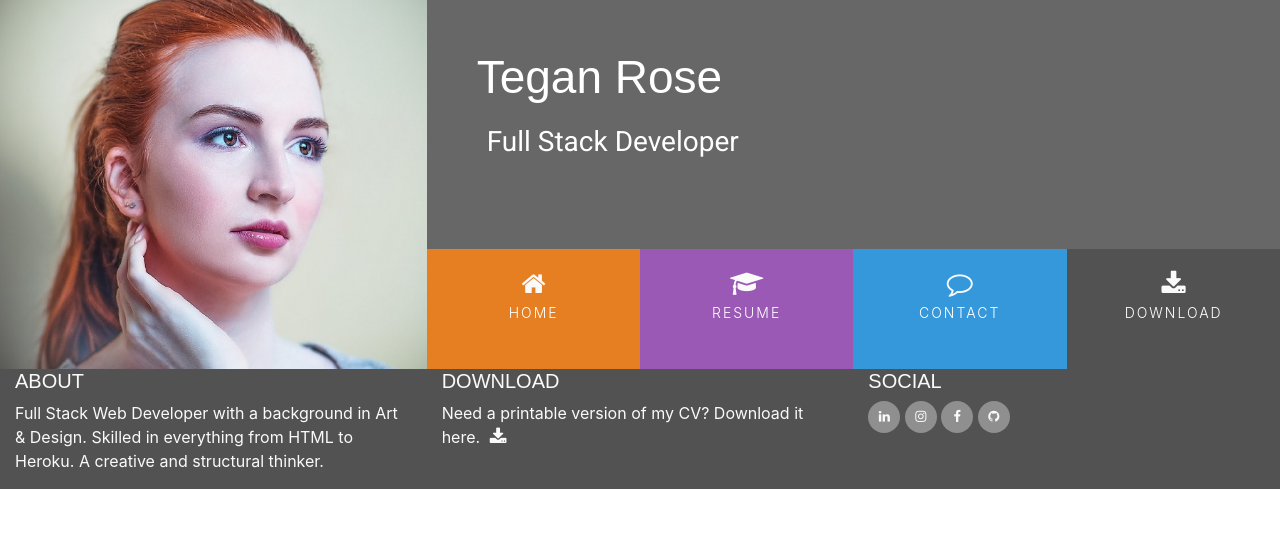
Repository: TSRose/Resume
Page: index.html
The author's editor kept a record of every edit. The page is drawn from the files as they stood at one moment, then again after the next edit.
The browser window is 1280 px wide. The pictures show the whole page.

Above is the page before.

### index.html
<!DOCTYPE html>
<html lang="en">

<head>
    <meta charset="UTF-8">
    <meta name="viewport" content="width=device-width, initial-scale=1.0">
    <meta http-equiv="X-UA-Compatible" content="ie=edge">
    <link rel="stylesheet" href="https://stackpath.bootstrapcdn.com/bootstrap/4.3.1/css/bootstrap.min.css" type="text/css" />
    <link rel="stylesheet" href="https://stackpath.bootstrapcdn.com/font-awesome/4.7.0/css/font-awesome.min.css" type="text/css" />
    <link rel="stylesheet" href="assets/css/style.css" type="text/css" />
    <link rel="stylesheet" href="https://cdnjs.cloudflare.com/ajax/libs/hover.css/2.3.1/css/hover-min.css" type="text/css" />
    <title>Tegan Rose</title>
</head>

<body>
    <header>
        <div class="row no-gutters">
            <a href="index.html" class="col-md-4 logo">

            </a>
            <div class="col-md-8">
                <div class="row no-gutters bg-color-name-title">
                    <div class="col">
                        <h1 class="name">Tegan Rose</h1>
                        <h2 class="title"> Full Stack Developer</h2>
                    </div>
                </div>
                <div class="row no-gutters">
                    <div class="col">
                        <ul id="nav" class="list-inline menucontainer">
                            <li class="col-6 col-sm-3 ui-menu-color-home list-inline-item menuitem">
                                <a href="#" class="hvr-sweep-to-bottom"><i class="fa fa-home" aria-hidden="true"></i><span>Home</span></a>
                            </li>
                            <li class="col-6 col-sm-3 ui-menu-color-resume list-inline-item menuitem">
                                <a href="#" class="hvr-sweep-to-bottom"><i class="fa fa-graduation-cap" aria-hidden="true"></i><span>Resume</span></a>
                            </li>
                            <li class="col-6 col-sm-3 ui-menu-color-contact list-inline-item menuitem">
                                <a href="#" class="hvr-sweep-to-bottom"><i class="fa fa-comment-o" aria-hidden="true"></i><span>Contact</span></a>
                            </li>
                            <li class="col-6 col-sm-3 ui-menu-color-download list-inline-item menuitem">
                                <a href="#" class="hvr-sweep-to-bottom"><i class="fa fa-download" aria-hidden="true"></i><span>Download</span></a>
                            </li>
                        </ul>
                    </div>
                </div>
            </div>
        </div>
    </header>
    <section>

    </section>
    <footer class="container-fluid">
        <div id="footer-details" class="row">
            <div class="col-sm-4">
                <h5 class="uppercase general-sub">About</h5>
                <p class="inline-block">
                    Full Stack Web Developer with a background in Art & Design. Skilled in everything from HTML to Heroku. A creative and structural thinker.
                </p>
            </div>
            <div class="col-sm-4">
                <h5 class="uppercase general-sub">Download</h5>
                <p class="inline-block">
                    Need a printable version of my CV? Download it here.
                    <a href="#" target="_blank" class="cv-pdf">
                        <i class="fa fa-download" aria-hidden="true"></i>
                        <span class="sr-only">Download link.</span>
                    </a>
                </p>
            </div>
            <div class="col-sm-4">
                <h5 class="uppercase general-sub">Social</h5>
                <ul class="list-inline social-links">
                    <li class="list-inline-item">
                        <a target="_blank" href="#">
                        <i class="fa fa-linkedin" aria-hidden="true"></i>
                        <span class="sr-only">LinkedIn</span>
                        </a>
                    </li>
                     <li class="list-inline-item">
                        <a target="_blank" href="#">
                        <i class="fa fa-instagram" aria-hidden="true"></i>
                        <span class="sr-only">Instagram</span>
                        </a>
                    </li>
                    <li class="list-inline-item">
                        <a target="_blank" href="#">
                        <i class="fa fa-facebook" aria-hidden="true"></i>
                        <span class="sr-only">Facebook</span>
                        </a>
                    </li>
                    <li class="list-inline-item">
                        <a target="_blank" href="#">
                        <i class="fa fa-github" aria-hidden="true"></i>
                        <span class="sr-only">GitHub</span>
                        </a>
                    </li>

                </ul>
            </div>
        </div>
    </footer>
</body>

</html>

### assets/css/style.css
@import url('https://fonts.googleapis.com/css?family=Roboto&display=swap:100,200,300,400,500,600,700 | Exo:100,200,300,400,500,600,700');

/*------------------------------------Colours */

.bg-color-name-title {
    background-color: #676767;
}

.ui-menu-color-home {
    background-color: #e67e22;
}

.ui-menu-color-resume {
    background-color: #9b59b6;
}

.ui-menu-color-contact {
    background-color: #3498db;
}

.ui-menu-color-download {
    background-color: #525252;
}

/*------------------------------------Special paddings/margins/text */

h1,
h2,
h3,
h4 {
    margin: 0;
}

.uppercase {
    text-transform: uppercase;
}

.general-sub {
    font-family: "Exo", sans-serif;
    font-weight: 300;
    color: #fafafa;
}

.inline-block {
    display: inline-block;
}

/*------------------------------------Headings */

header {
    margin: 0;
}

.heading {
    margin-left: 50px;
}

.logo {
    background: url("../images/logo.jpg");
    background-position: center;
    background-repeat: no-repeat;
    background-size: cover;
    min-height: 360px;
    transition: all .5s ease-in-out;
    -moz-transition: all .5s ease-in-out;
    -webkit-transition: all .5s ease-in-out;
}

.name {
    font-family: "Exo", sans-serif;
    font-weight: 100;
    font-size: 46px;
    margin-top: 50px;
    margin-left: 50px;
    color: #fff;
}

.title {
    font-family: "Roboto", sans-serif;
    font-weight: 200;
    font-size: 28px;
    margin-top: 20px;
    margin-bottom: 90px;
    margin-left: 60px;
    color: #fff;
}

.list-inline-item:not(:last-child) {
    margin: 0;
}

.menucontainer {
    font-size: 0;
}

#nav {
    margin: 0;
}

#nav li {
    font-size: 14px;
    padding: 0;
}

.menuitem {
    height: 120px;
    text-align: center;
    padding: 0;
}

.menuitem a {
    width: 100%;
    text-decoration: 0;
    color: #fff;
    height: 120px;
}

.menuitem a i {
    padding-top: 22px;
    display: block;
    color: #fafafa;
    font-size: 26px;
}

.menuitem span {
    display: block;
    width: 100%;
    padding-top: 5px;
    text-align: center;
    text-transform: uppercase;
    font-size: 14px;
    font-weight: 300;
    letter-spacing: 2px;
}

/*------------------------------------Hover.css */

.hvr-sweep-to-bottom:before {
    background-color: rgba(0, 0, 0, 0.2) !important;
    height: 120px;
}

/*------------------------------------Footer */

footer {
    background-color: #525252;
    color: #fafafa;
    min-height: 120px;
    margin: 0;
}

.cv-pdf i {
    font-size: 18px;
    color: #fafafa;
    text-align: center;
    padding-left: 5px;
    transition: all 0.35s ease-in-out;
    -moz-transition: all 0.35s ease-in-out;
    -webkit-transition: all 0.35s ease-in-out;
    -o-transition: all 0.35s ease-in-out;
}

.cv-pdf i:hover {
    color: #e84610;
}

.social-links {
    padding-bottom: 15px;
}

.social-links li a i {
    width: 32px;
    height: 32px;
    padding: 12px 0;
    border-radius: 50%;
    font-size: 13px;
    line-height: 7px;
    text-align: center;
    color: #fafafa;
    background: #8f8f8f;
    transition: all 0.35s ease-in-out;
    -moz-transition: all 0.35s ease-in-out;
    -webkit-transition: all 0.35s ease-in-out;
    -o-transition: all 0.35s ease-in-out;
}

After the next edit:
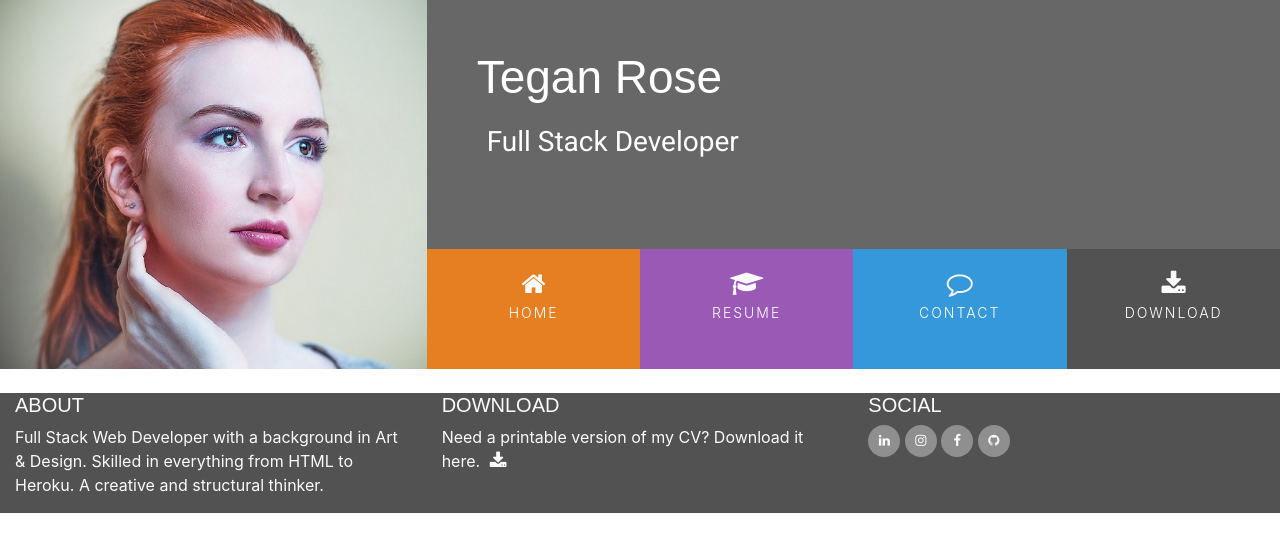
The edit:
--- a/index.html
+++ b/index.html
@@ -46,7 +46,18 @@
             </div>
         </div>
     </header>
-    <section>
+    <sectio class="container-fluid">
+        <div class="row row-table">
+            <div class="col-md-8 bg-color-three-reasons section-column">
+                <div class="row">
+                    <div class="col">
+                        <h3>
+
+                        </h3>
+                    </div>
+                </div>
+            </div>
+        </div>
 
     </section>
     <footer class="container-fluid">
